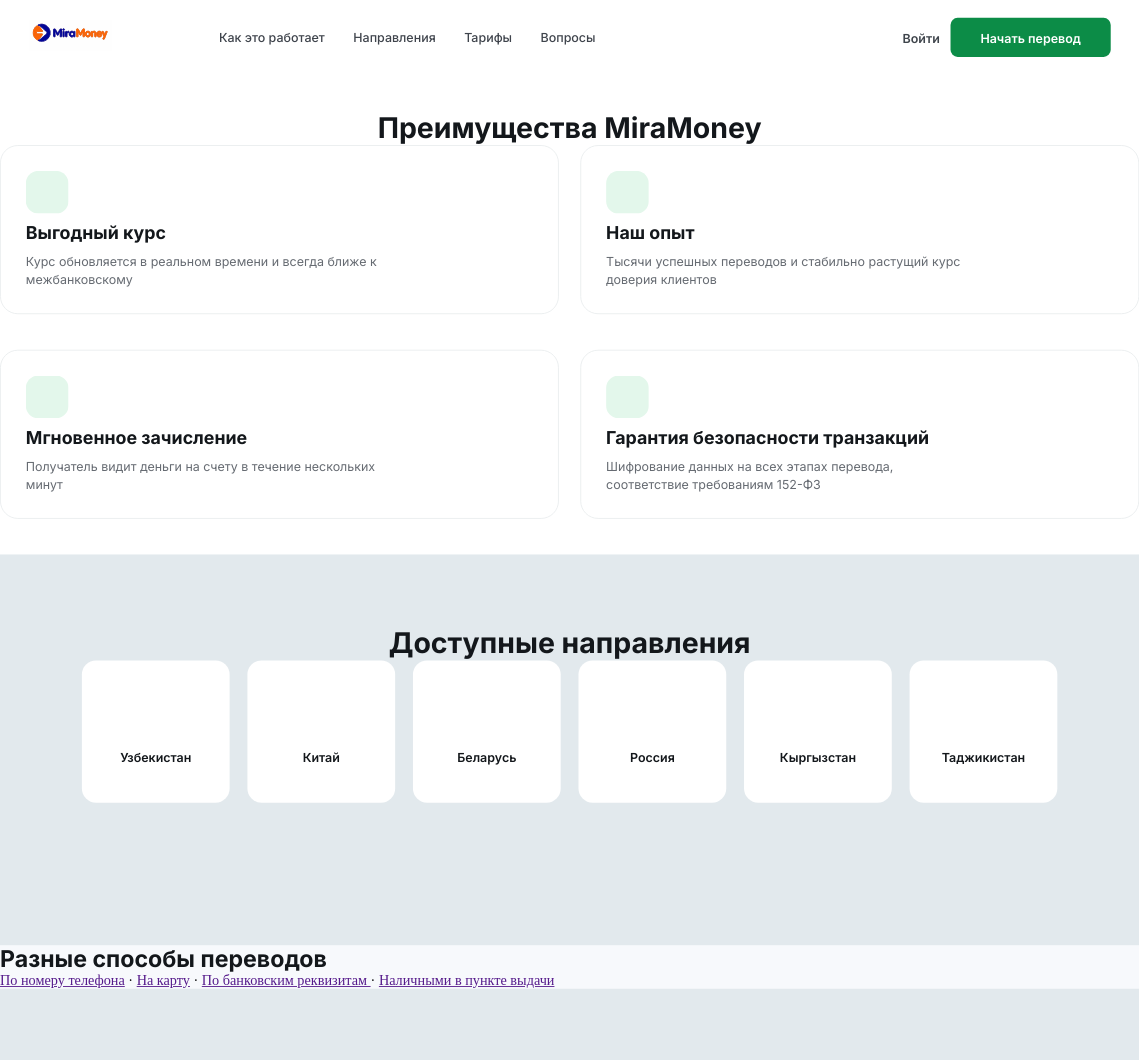
Repository: Shaiyr1/mira-money
Page: index.html
An editor plug-in stored every save of this project. The page is shown before and after a run of saves, followed by the edit.
The browser window is 1280 px wide. The pictures show the whole page, at 89% of full size.

Above is the page before, as saved 2026-10-20 16:56:49.

After the next 3 saves:
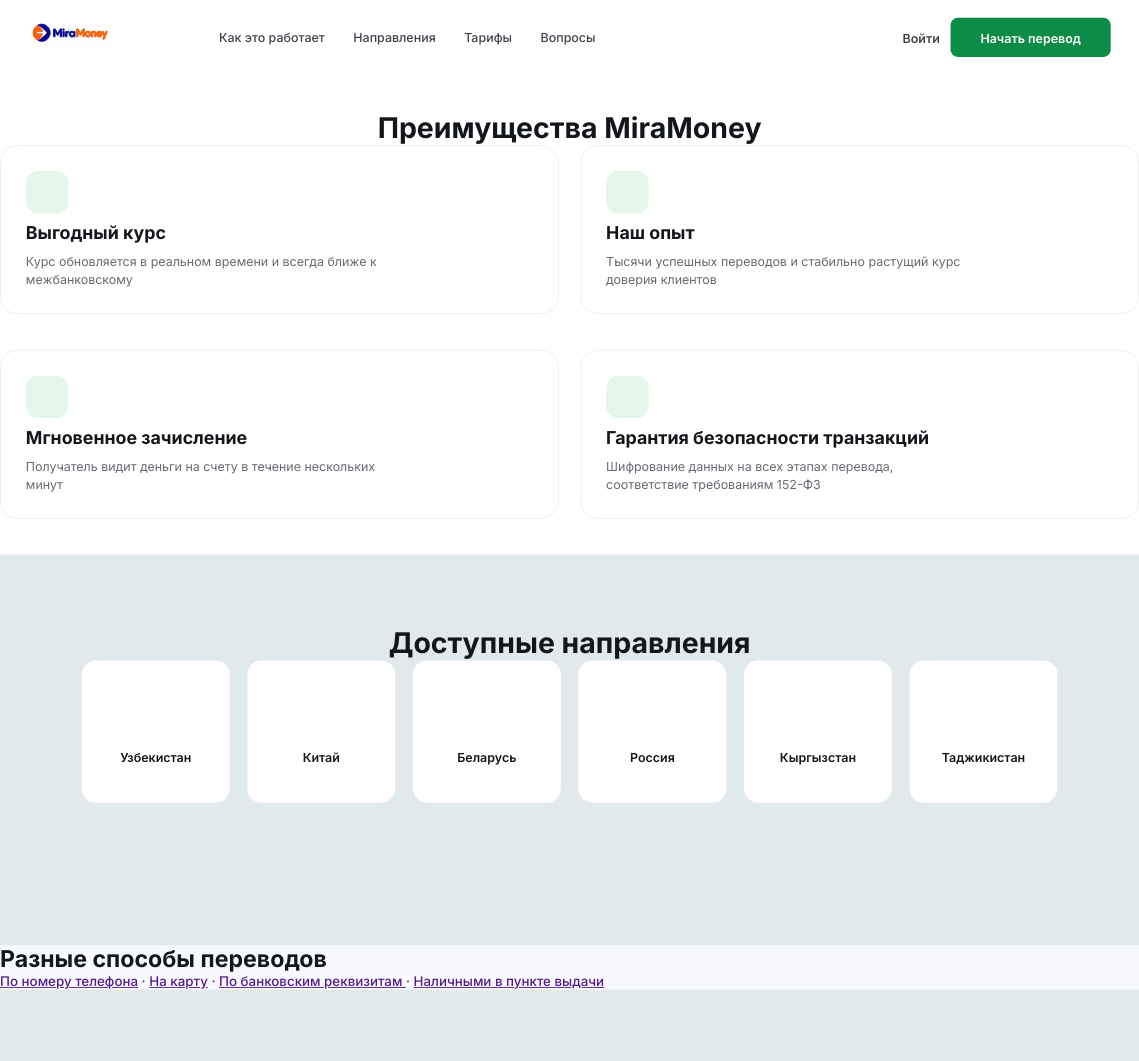
The 3 saves are shown as one change because they came seconds apart.
The last was saved 15 s later.
--- a/src/css/style.css
+++ b/src/css/style.css
@@ -188,15 +188,21 @@
 
 .description__ways {
     margin-top: 80px;
-    background-color:#f7f9fc;
+    background-color: #f7f9fc;
 }
 
 .description__ways-title {
-    color:#13171b;
-text-align:left;
-font-size:26px;
-font-family:Inter;
-font-weight:700;
-}
-
-.description__ways-subtitle {}
+    color: #13171b;
+    text-align: left;
+    font-size: 26px;
+    font-family: Inter;
+    font-weight: 700;
+}
+
+.description__ways-subtitle {
+    color: #4d3352;
+    text-align: left;
+    font-size: 15px;
+    font-family: Inter;
+    font-weight: 500;
+}
